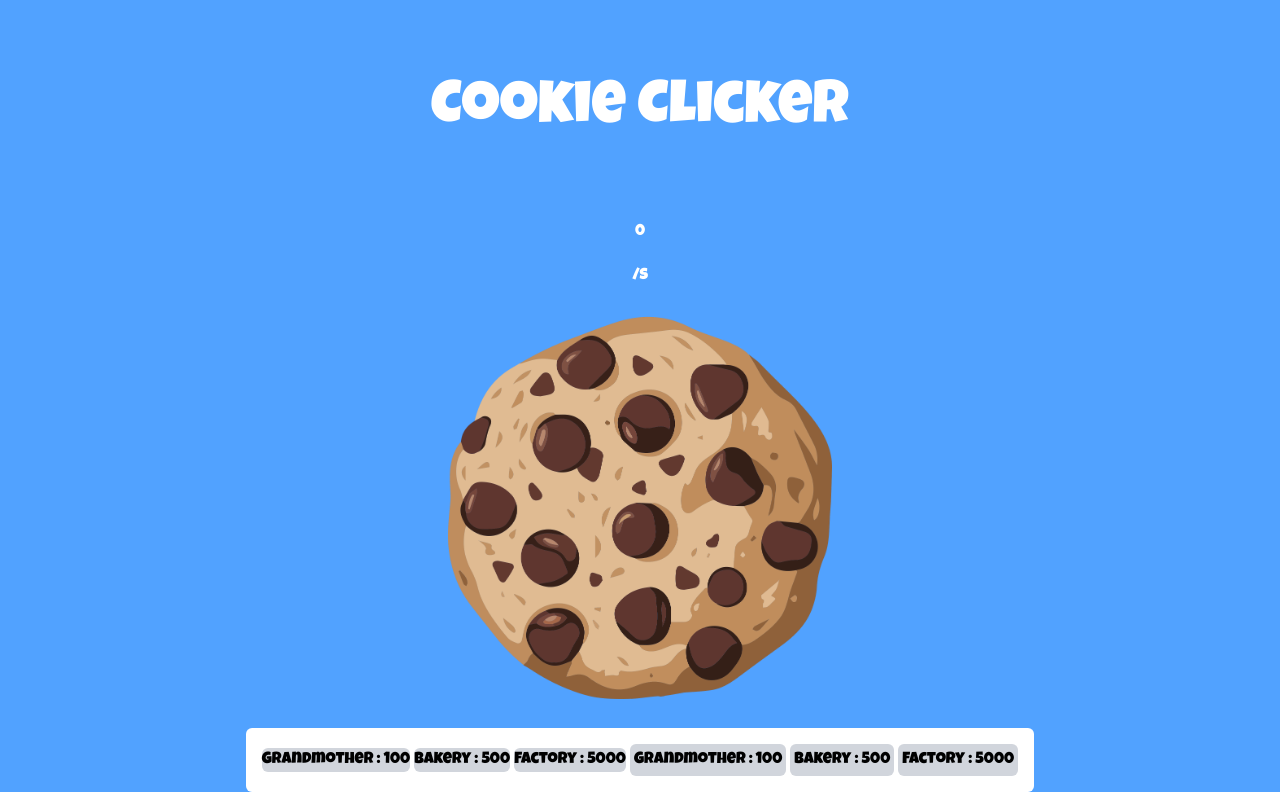
Repository: Cozmoss/cookie_clicker
Page: /
An editor plug-in stored every save of this project. The page is shown before and after the next save, followed by the edit.
The browser window is 1280 px wide. The pictures show the whole page.
The project was rebuilt for these pictures with package versions that can differ from the ones it lists, and the page was loaded fresh each time. Also part of the build but not shown: vite.config.js, src/App.css.

Above is the page before, as saved 2026-04-24 15:16:48.

After the next save:
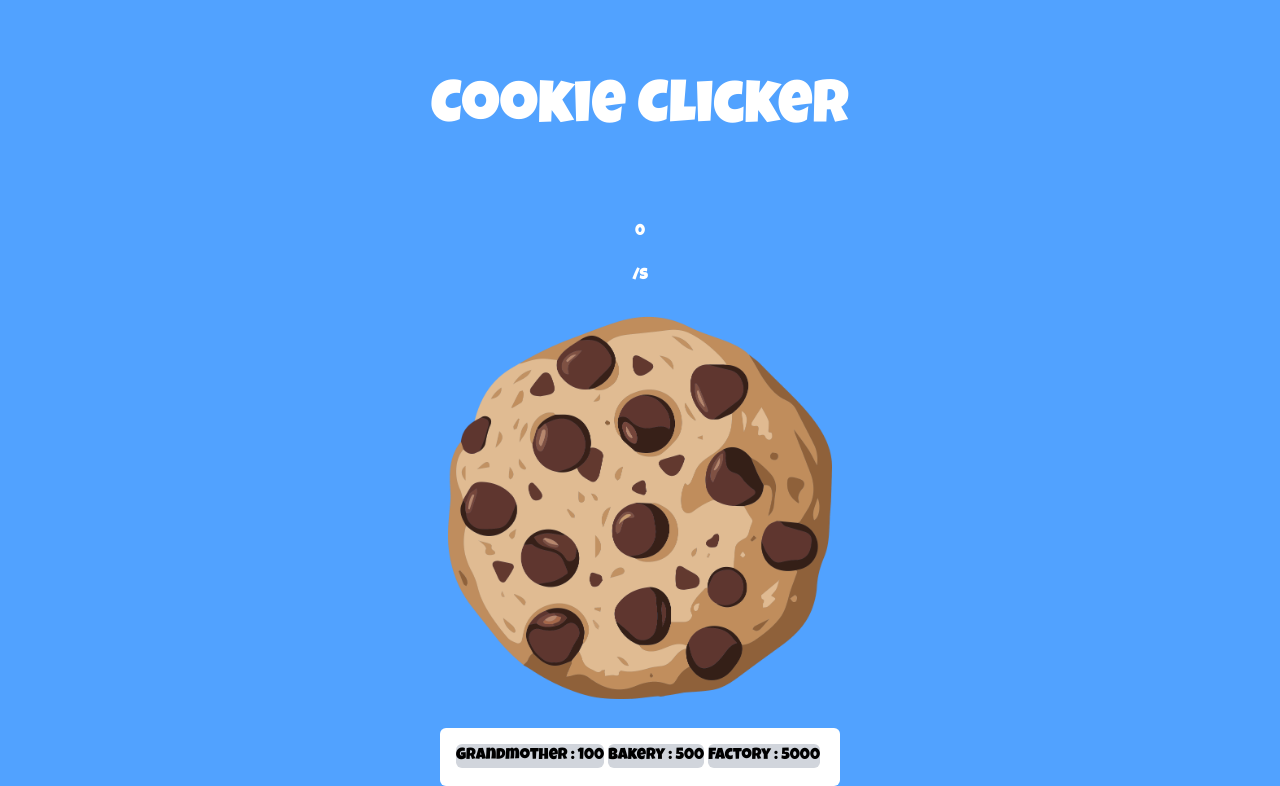
Saved 15 s later.
--- a/src/components/Shop.jsx
+++ b/src/components/Shop.jsx
@@ -7,9 +7,6 @@ function Shop() {
             {state.upgrades.map((upgrade) => (
                 <button key={upgrade.id} className="bg-gray-300 rounded-md cursor-pointer align-middle mr-1">{upgrade.name} : {upgrade.cost}</button>
             ))}
-			<button className="bg-gray-300 rounded-md cursor-pointer p-1 align-middle mr-1">Grandmother : 100</button>
-			<button className="bg-gray-300 rounded-md cursor-pointer p-1 align-middle mr-1">Bakery : 500</button>
-			<button className="bg-gray-300 rounded-md cursor-pointer p-1 align-middle">Factory : 5000</button>
 		</div>
 	);
 }
